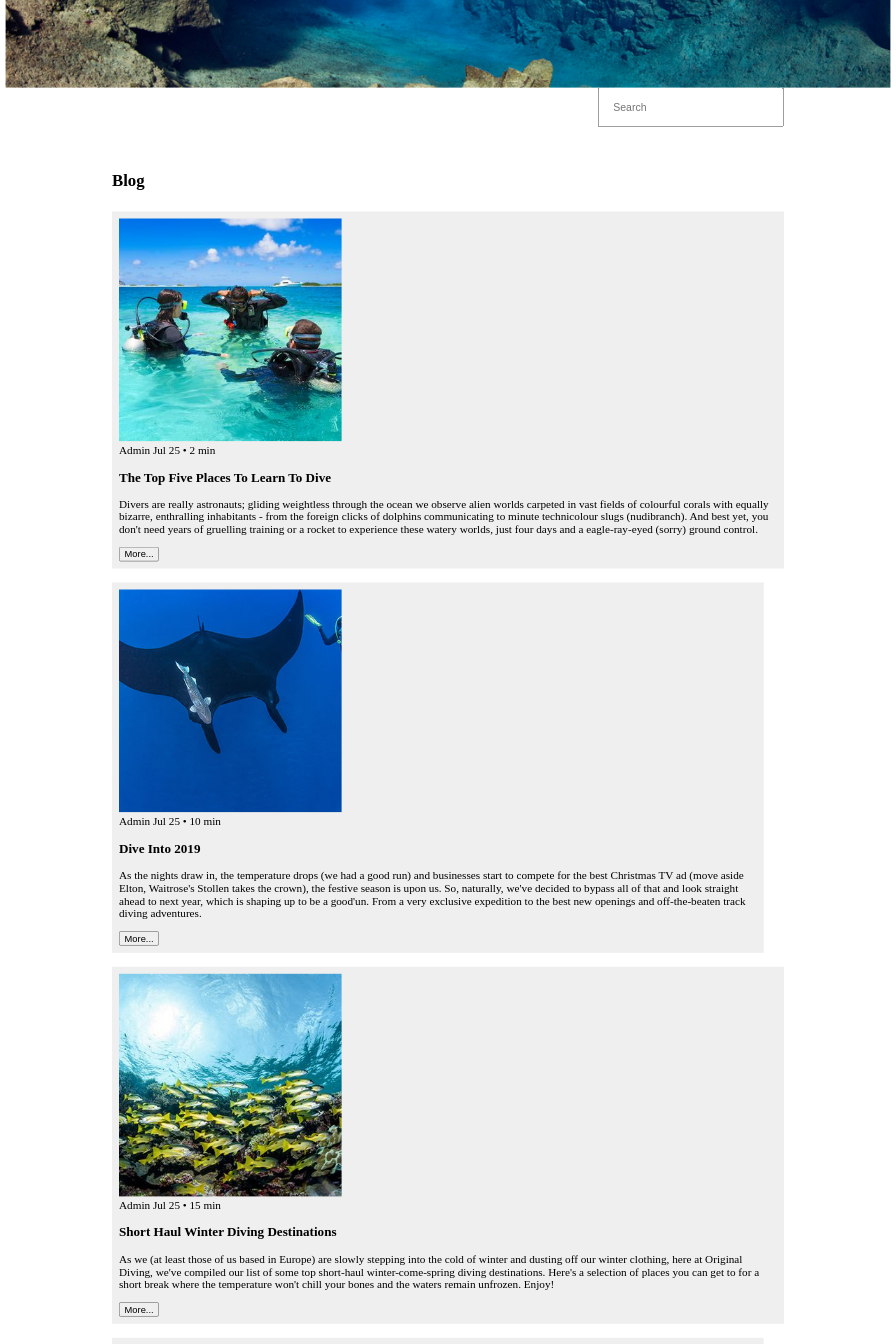
Repository: M1shkaBear/FLX
Page: FLX_homework_3/homework/index.html
The author's editor kept a copy of each file at every save. The page is drawn from the files as they stood at one save, then again after the next save.
The browser window is 1280 px wide. The pictures show the part of the page from y = 603 to 2523 px (the page is 4707 px tall before and 4727 px after), at 70% of full size.
The style sheet was rebuilt from its Sass, Less or Tailwind sources for each picture, by a compiler version that may differ from the author's.

Above is the page before, as saved 2019-01-26 16:38:21.

### FLX_homework_3/homework/index.html
<!DOCTYPE html>
<html lang="en">
  <head>
    <meta charset="UTF-8" />
    <meta name="viewport" content="width=device-width, initial-scale=1.0" />
    <meta http-equiv="X-UA-Compatible" content="ie=edge" />

    <!-- Styles should be switched here: -->

    <link rel="stylesheet" type="text/css" href="css/style1.css" />
    <!-- <link rel="stylesheet" type="text/css" href="css/style2.css" /> -->

    <title>Explore the world of ocean</title>
  </head>

  <body>
    <div class="main-wrapper">
      <header>
        <div class="top-wrapper">
          <div class="logo"><img src="img/logo.png" alt="" /></div>

          <nav>
            <a role="button" href="#list" target="_self">Blog</a>
            <a role="button" href="#about" target="_self">About</a>
            <a role="button" href="#contact" target="_self">Contact</a>
          </nav>
        </div>
        <section>
          <h1>Explore the fantastic beauty of our world</h1>
          <a class="btn btn-top" href="#list" target="_self">Dive now</a>
        </section>
      </header>
      <main>
        <div class="toolbar"><input type="text" placeholder="Search" /></div>
        <section class="post-list" id="list">
          <h1>Blog</h1>
          <article>
            <img src="img/post-1.jpg" alt="" />
            <div>
              <div class="post">
                <div class="post-description">Admin Jul 25 &#8226; 2 min</div>
                <h3>The Top Five Places To Learn To Dive</h3>
                <p>
                  Divers are really astronauts; gliding weightless through the
                  ocean we observe alien worlds carpeted in vast fields of
                  colourful corals with equally bizarre, enthralling inhabitants
                  - from the foreign clicks of dolphins communicating to minute
                  technicolour slugs (nudibranch). And best yet, you don't need
                  years of gruelling training or a rocket to experience these
                  watery worlds, just four days and a eagle-ray-eyed (sorry)
                  ground control.
                </p>
              </div>
              <button class="btn">More...</button>
            </div>
          </article>
          <article>
            <img src="img/post-2.jpg" alt="" />
            <div>
              <div class="post">
                <div class="post-description">Admin Jul 25 &#8226; 10 min</div>
                <h3>Dive Into 2019</h3>
                <p>
                  As the nights draw in, the temperature drops (we had a good
                  run) and businesses start to compete for the best Christmas TV
                  ad (move aside Elton, Waitrose's Stollen takes the crown), the
                  festive season is upon us. So, naturally, we've decided to
                  bypass all of that and look straight ahead to next year, which
                  is shaping up to be a good'un. From a very exclusive
                  expedition to the best new openings and off-the-beaten track
                  diving adventures.
                </p>
              </div>
              <button class="btn">More...</button>
            </div>
          </article>
          <article>
            <img src="img/post-3.jpg" alt="" />
            <div>
              <div class="post">
                <div class="post-description">Admin Jul 25 &#8226; 15 min</div>
                <h3>Short Haul Winter Diving Destinations</h3>
                <p>
                  As we (at least those of us based in Europe) are slowly
                  stepping into the cold of winter and dusting off our winter
                  clothing, here at Original Diving, we've compiled our list of
                  some top short-haul winter-come-spring diving destinations.
                  Here's a selection of places you can get to for a short break
                  where the temperature won't chill your bones and the waters
                  remain unfrozen. Enjoy!
                </p>
              </div>
              <button class="btn">More...</button>
            </div>
          </article>
          <article>
            <img src="img/post-4.jpg" alt="" />
            <div>
              <div class="post">
                <div class="post-description">Admin Jul 25 &#8226; 20 min</div>
                <h3>Beat the System</h3>
                <p>
                  Question: do you consider yourself a canny operator (*taps
                  nose and winks*)? Are you willing to buck the trend, go
                  off-piste, roll the dice as it were? Well it's time to channel
                  your inner wheeler dealer, à la Del Boy Trotter (perhaps
                  without the dodgy gold medallions and morally ambiguous
                  schemes), and beat the system, whether travelling out of
                  season.
                </p>
              </div>
              <button class="btn">More...</button>
            </div>
          </article>
          <article>
            <img src="img/post-5.jpg" alt="" />
            <div>
              <div class="post">
                <div class="post-description">Admin Jul 25 &#8226; 28 min</div>
                <h3>Diving The Galapagos</h3>
                <p>
                  This year I turn 30. At the start of the year I decided that
                  it was going to be a big year for me; figure out my five year
                  plan, set some challenges, say 'yes' to as much as possible
                  and go on some unforgettable trips. The five year plan is
                  still a work in progress, however I did say 'yes' to
                  completing a ski marathon so that doubled with a challenge.
                </p>
              </div>
              <button class="btn">More...</button>
            </div>
          </article>
          <article>
            <img src="img/post-6.jpg" alt="" />
            <div>
              <div class="post">
                <div class="post-description">Admin Jul 25 42 min</div>
                <h3>The 8 Best Dive Sites in the World</h3>
                <p>
                  Bucket lists are for landlubbers. If you're a diver, and the
                  ocean is your oyster, then you NEED to dive these spots,
                  arguably the greatest dive sites on our blue planet.
                </p>
              </div>
              <button class="btn">More...</button>
            </div>
          </article>
        </section>

        <section class="about" id="about">
          <div>
            <h1>About Us</h1>
            <p>
              Our approach differs from other travel companies; we are a group
              of dedicated divers, marine biologists and travellers who take a
              creative approach to tailoring luxury diving holidays.
            </p>
            <p>
              We focus on understanding what you want from your holiday, from
              trips centred entirely around diving to holidays with the odd dive
              included here and there. No matter your level of dive experience
              and knowledge, we will tailor the perfect holiday to your
              requirements using a thoughtful approach, focused on the small
              details that make a big difference.
            </p>
            <p>
              Our aim is to make sure every detail of your holiday is planned to
              perfection by working with you to hone and finesse your itinerary
              to your exact requirements, from ensuring logistics like transfers
              and guides run like clockwork to giving you access to experiences
              the average traveller wouldn't find. So you can sit back, relax
              and enjoy your Original Diving holiday.
            </p>
          </div>
          <div><img src="img/about-section.jpg" alt="" /></div>
        </section>

        <section class="contact-form" id="contact">
          <h1>CONTACT US</h1>
          <h4>For any questions you may have, you can write us:</h4>

          <!-- TODO: write form fields -->
        </section>
      </main>
      <footer><span>&#169; 2019 Exploring the world</span></footer>
    </div>
  </body>
</html>

### FLX_homework_3/homework/scss/style1.scss
// Do not edit this file
@import "variables1";
@import "main";

### FLX_homework_3/homework/scss/_variables1.scss
$contentBackground: #fff;
$bgArticle: #efefef;
$fonts: normal 300 15px/24px Roboto, Ubuntu, Cantarell, Helvetica, sans-serif;
$bgImg: url("../img/header_background_v1.jpg");
$aColor: white;
$abdcolor: #607d8b;
$btnColor: #01acac;

### FLX_homework_3/homework/scss/_main.scss
body {
  background: $contentBackground;
}

main {
  margin: 0 auto;
  width: 960px;
  article {
    background-color: $bgArticle;
  }
}

header {
  display: flex;
  background-image: $bgImg;
  background-position: center;
  background-size: cover;
  height: 100vh;
  .btn.btn-top {
    background-color: $btnColor;
    color: white;
    border: none;
    padding: 15px 80px;
    text-align: center;
    text-decoration: none;
    display: inline-block;
    font-size: 16px;
  }
  section {
    color: $aColor;
  }
  .logo {
    float: left;
    width: 20%;
    img {
      width: 100%;
      height: auto;
    }
  }
  nav {
    float: right;
    a {
      color: $aColor;
      font: $fonts;
      text-transform: uppercase;
      text-decoration: none;
      padding: 20px 177px 20px 177px;
      display: inline-block;
    }

    a:not(:last-of-type) {
      border-width: 0 2px 0 0;
      border-style: solid;
      border-color: $abdcolor;
    }
  }
}
#about img {
  width: 100%;
}
.toolbar {
  height: 50px;
  width: 100%;
  display: block;
  margin-bottom: 50px;
  input {
    float: right;
    padding-left: 20px;
    height: 50px;
    width: 25%;
    font-size: 15px;
  }
}
.post-list {
  display: flex;
  flex-wrap: wrap;
  justify-content: space-between;
  h1 {
    float: left;
  }
  article {
    &:nth-child(2n + 1) {
      margin-right: 3%;
    }
    padding: 10px;
    margin: 10px 0 10px 0;
  }
}

After the next save:
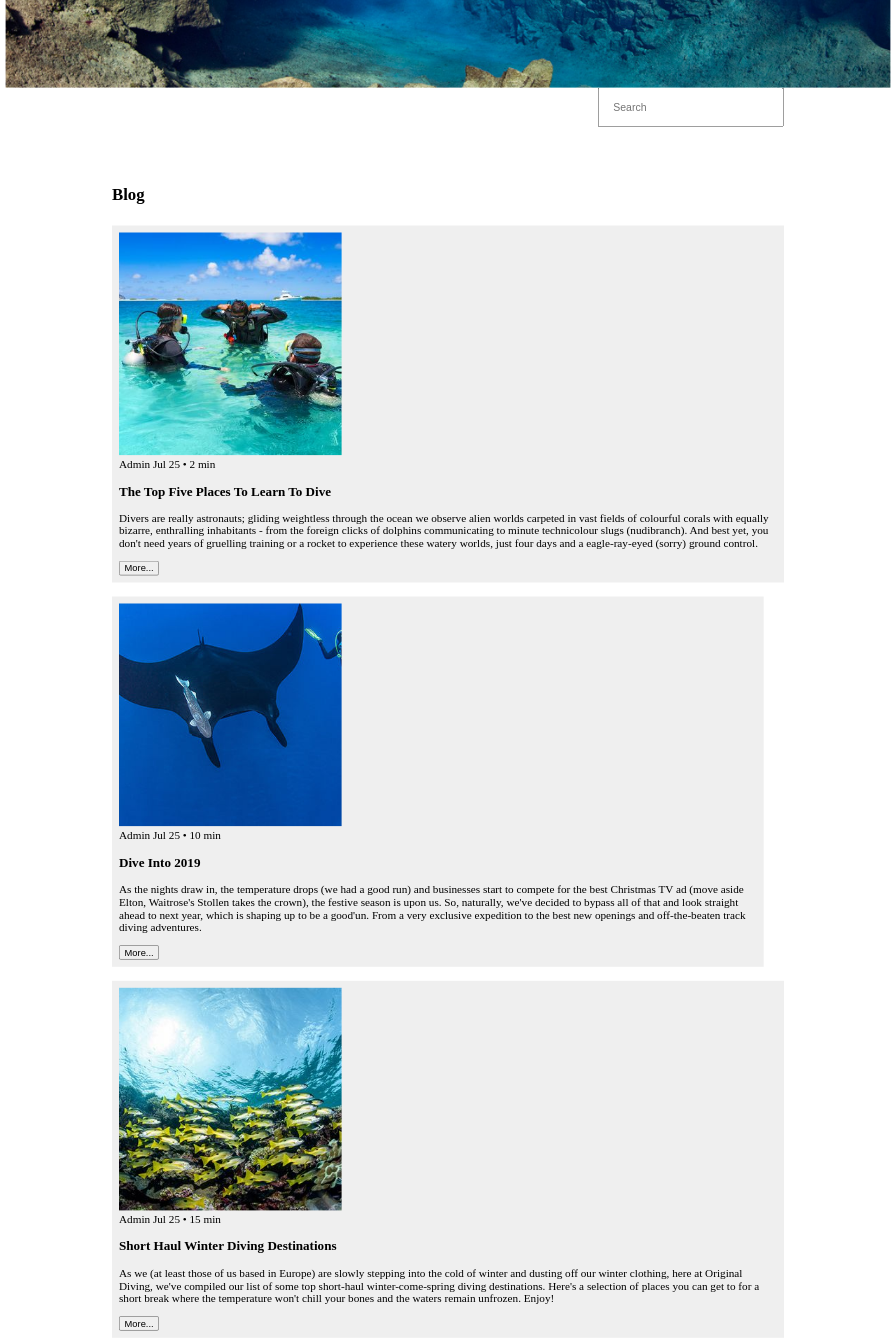
Saved 18 s later.
--- a/FLX_homework_3/homework/scss/_main.scss
+++ b/FLX_homework_3/homework/scss/_main.scss
@@ -62,7 +62,7 @@
   height: 50px;
   width: 100%;
   display: block;
-  margin-bottom: 50px;
+  margin-bottom: 70px;
   input {
     float: right;
     padding-left: 20px;

After the save that followed:
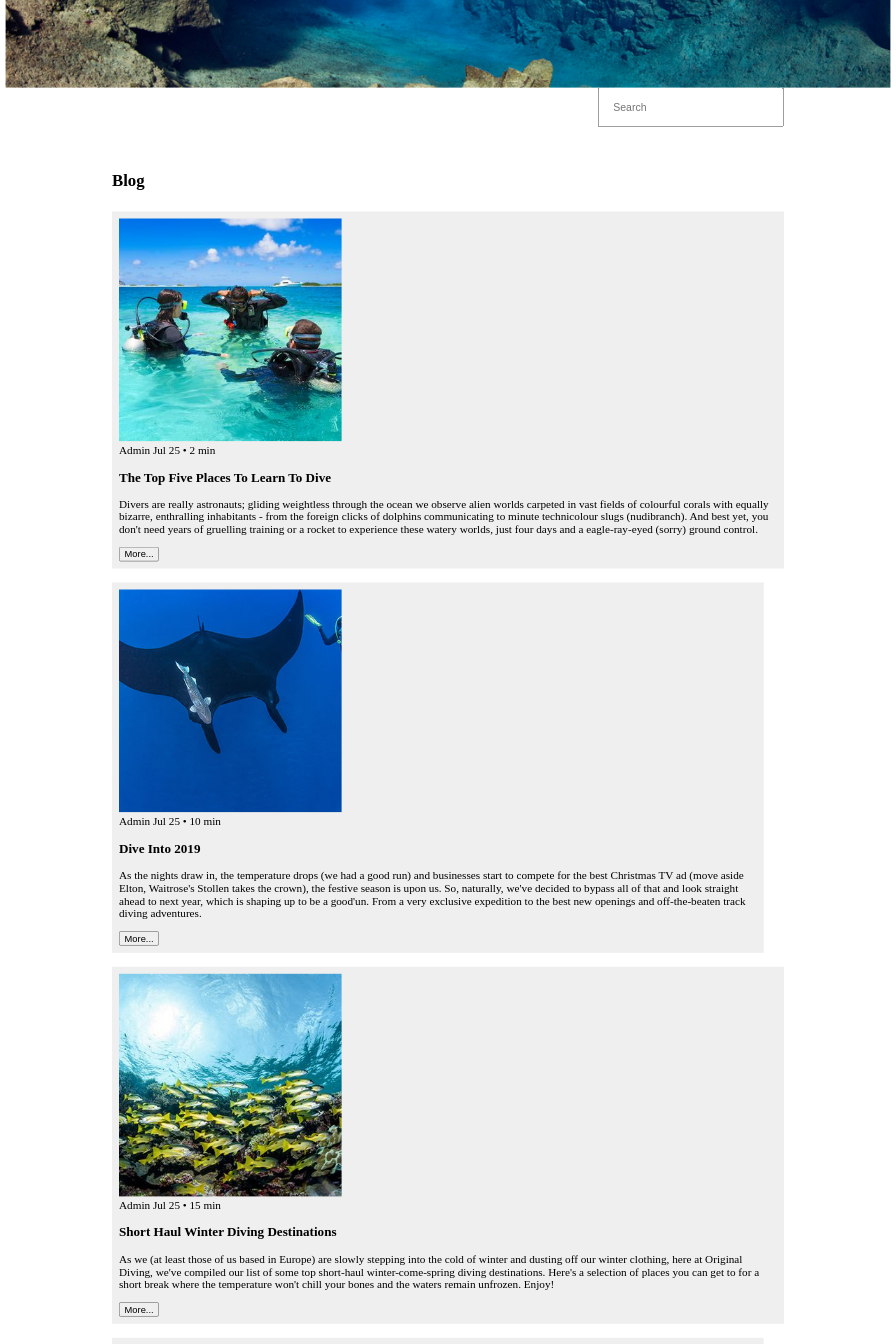
Saved 10 s later.
--- a/FLX_homework_3/homework/scss/_main.scss
+++ b/FLX_homework_3/homework/scss/_main.scss
@@ -62,7 +62,7 @@
   height: 50px;
   width: 100%;
   display: block;
-  margin-bottom: 70px;
+  margin-bottom: 50px;
   input {
     float: right;
     padding-left: 20px;
